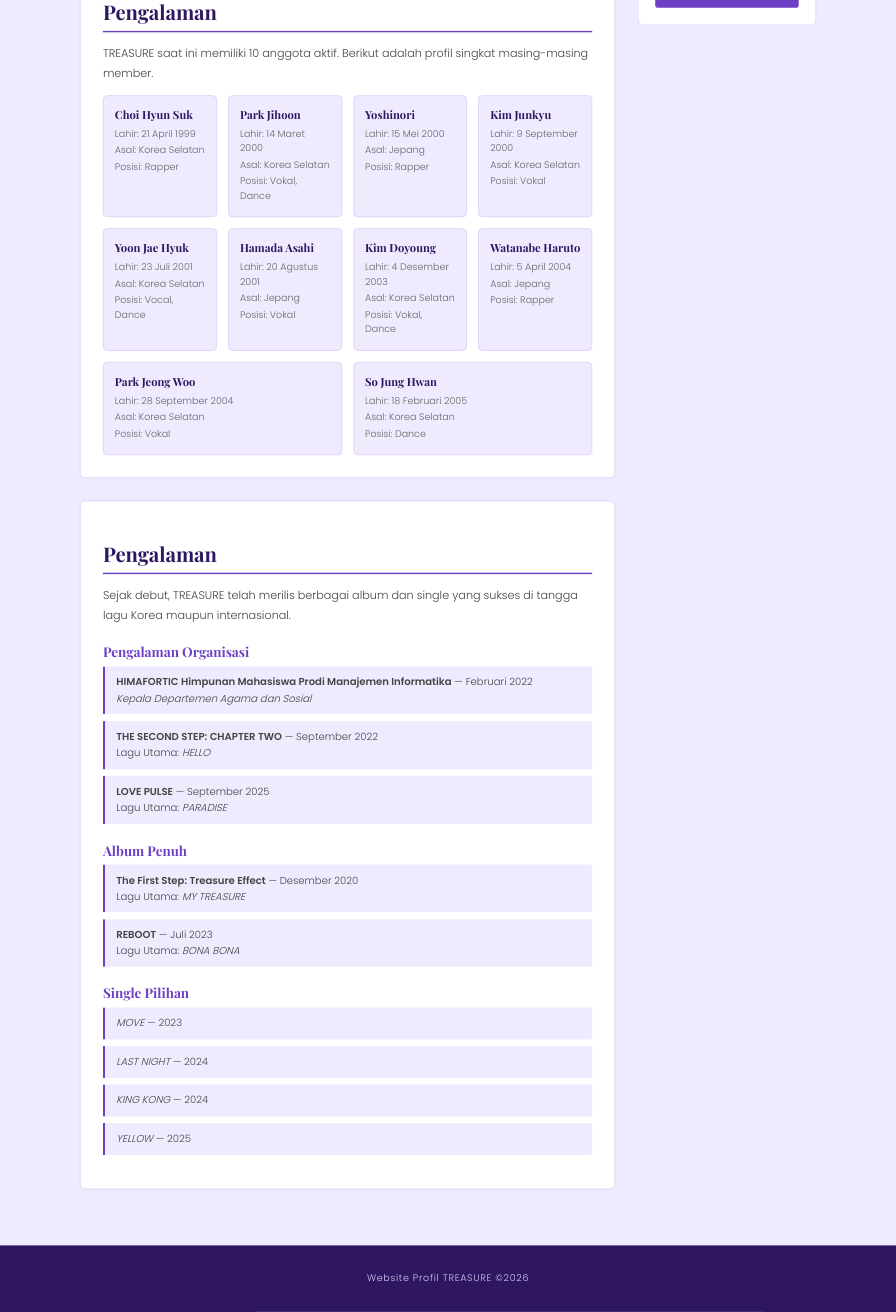
Repository: VergiMutiaRahmasyani/Website-Portofolio
Page: index.html
The author's editor kept a copy of each file at every save. The page is drawn from the files as they stood at one save, then again after the next save.
The browser window is 1280 px wide. The pictures show the part of the page from y = 1103 to 3023 px (the page is 2977 px tall before and 3023 px after), at 70% of full size.

Above is the page before, as saved 2026-03-07 00:08:39.

### index.html
<!DOCTYPE html>
<html>
    <head>
        <meta charset="utf-8" />
        <meta name="viewport" content="width=device-width, initial-scale=1.0" />
        <title>Portofolio Vergi</title>

        <!-- My Own CSS -->
        <link rel="stylesheet" href="css/style.css" />

        <!-- Google Fonts -->
        <link rel="preconnect" href="https://fonts.googleapis.com">
        <link rel="preconnect" href="https://fonts.gstatic.com" crossorigin>
        <link href="https://fonts.googleapis.com/css2?family=Playfair+Display:wght@400;700&family=Poppins:wght@300;400;600&display=swap" rel="stylesheet">
    </head>

    <body>

        <!-- HEADER -->
        <header class="site-header">

            <!-- NAVBAR -->
            <div class="navbar">
                <nav class="nav-list">
                    <ul>
                        <li><a href="#profil">Profil</a></li>
                        <li><a href="#pendidikan">Pendidikan</a></li>
                        <li><a href="#pengalaman">Pengalaman</a></li>
                        <li><a href="https://www.dicoding.com/users/vergiimr/academies" target="_blank"> Resume</a></li>
                    </ul>
                </nav>
            </div>

            <div class="hero">
                <div class="hero-overlay">
                    <h1>Welcome, <br> To My Portofolio!</h1>
                </div>
            </div>

        </header>

        <!-- MAIN -->
        <main>
            <div class="content-wrapper">
                <div id="content">
                    <article id="profil">
                        <h2>Profil Saya</h2>
                        <p>
                            Saya seorang mahasiswa semester 5 Program Studi Manajemen Informatika di Universitas yang memiliki rasa
                            ingin tahu dan semangat yang besar. Dengan memiliki peminatan pada UI/UX Design dan Web Development,
                            saya telah berpengalaman dalam menciptakan solusi digital yang user-friendly dan berdampak. Melalui
                            kombinasi hard skills dan soft skills yang saya miliki, saya siap untuk beradaptasi dan memberikan kontribusi
                            nyata pada setiap proyek yang dijalankan.
                        </p>

                        <table class="info-table">
                            <tr>
                                <th>Address: </th>
                                <td>Karangbong Rt 03/Rw 04 Gedangan, Sidoarjo, Jawa Timur</td>
                            </tr>
                            <tr>
                                <th>Phone:</th>
                                <td>(+62)857 0721 2588</td>
                            </tr>
                            <tr>
                                <th>Email: </th>
                                <td>inivergimutia@gmail.com</td>
                            </tr>

                        </table>
                    </article>

                    <article id="pendidikan">
                        <h2> Pengalaman </h2>
                        <p>
                            TREASURE saat ini memiliki 10 anggota aktif. Berikut adalah profil singkat masing-masing member.
                        </p>

                        <div class="member-list">
                            <div class="member-card">
                                <h3>Choi Hyun Suk</h3>
                                <p>Lahir: 21 April 1999</p>
                                <p>Asal: Korea Selatan</p>
                                <p>Posisi: Rapper</p>
                            </div>
                            <div class="member-card">
                                <h3>Park Jihoon</h3>
                                <p>Lahir: 14 Maret 2000</p>
                                <p>Asal: Korea Selatan</p>
                                <p>Posisi: Vokal, Dance</p>
                            </div>
                            <div class="member-card">
                                <h3>Yoshinori</h3>
                                <p>Lahir: 15 Mei 2000</p>
                                <p>Asal: Jepang</p>
                                <p>Posisi: Rapper</p>
                            </div>
                            <div class="member-card">
                                <h3>Kim Junkyu</h3>
                                <p>Lahir: 9 September 2000</p>
                                <p>Asal: Korea Selatan</p>
                                <p>Posisi: Vokal</p>
                            </div>
                            <div class="member-card">
                                <h3>Yoon Jae Hyuk</h3>
                                <p>Lahir: 23 Juli 2001</p>
                                <p>Asal: Korea Selatan</p>
                                <p>Posisi: Vocal, Dance</p>
                            </div>
                            <div class="member-card">
                                <h3>Hamada Asahi</h3>
                                <p>Lahir: 20 Agustus 2001</p>
                                <p>Asal: Jepang</p>
                                <p>Posisi: Vokal</p>
                            </div>
                            <div class="member-card">
                                <h3>Kim Doyoung</h3>
                                <p>Lahir: 4 Desember 2003</p>
                                <p>Asal: Korea Selatan</p>
                                <p>Posisi: Vokal, Dance</p>
                            </div>
                            <div class="member-card">
                                <h3>Watanabe Haruto</h3>
                                <p>Lahir: 5 April 2004</p>
                                <p>Asal: Jepang</p>
                                <p>Posisi: Rapper</p>
                            </div>
                            <div class="member-card">
                                <h3>Park Jeong Woo</h3>
                                <p>Lahir: 28 September 2004</p>
                                <p>Asal: Korea Selatan</p>
                                <p>Posisi: Vokal</p>
                            </div>
                            <div class="member-card">
                                <h3>So Jung Hwan</h3>
                                <p>Lahir: 18 Februari 2005</p>
                                <p>Asal: Korea Selatan</p>
                                <p>Posisi: Dance</p>
                            </div>
                        </div>
                    </article>

                    <article id="pengalaman">
                        <h2>Pengalaman</h2>
                        <p>
                            Sejak debut, TREASURE telah merilis berbagai album dan single yang sukses di tangga lagu Korea maupun internasional.
                        </p>

                        <h3> Pengalaman Organisasi</h3>
                        <ul class="pengalaman-list">
                            <li>
                                <strong>HIMAFORTIC Himpunan Mahasiswa Prodi Manajemen Informatika</strong> — Februari 2022
                                <br><em>Kepala Departemen Agama dan Sosial</em>
                                <br>
                            </li>
                            <li>
                                <strong>THE SECOND STEP: CHAPTER TWO</strong> — September 2022
                                <br>Lagu Utama: <em>HELLO</em>
                            </li>
                            <li>
                                <strong>LOVE PULSE</strong> — September 2025
                                <br>Lagu Utama: <em>PARADISE</em>
                            </li>
                        </ul>

                        <h3>Album Penuh</h3>
                        <ul class="pengalaman-list">
                            <li>
                                <strong>The First Step: Treasure Effect</strong> — Desember 2020
                                <br>Lagu Utama: <em>MY TREASURE</em>
                            </li>
                            <li>
                                <strong>REBOOT</strong> — Juli 2023
                                <br>Lagu Utama: <em>BONA BONA</em>
                            </li>
                        </ul>

                        <h3>Single Pilihan</h3>
                        <ul class="pengalaman-list">
                            <li><em>MOVE</em> — 2023</li>
                            <li><em>LAST NIGHT</em> — 2024</li>
                            <li><em>KING KONG</em> — 2024</li>
                            <li><em>YELLOW</em> — 2025</li>
                        </ul>
                    </article>

                </div>

                <!-- ASIDE -->
                <aside>
                    <div class="aside-inner">
                        <h3>Info Singkat</h3>
                        <img src="https://assets.promediateknologi.id/crop/102x655:921x1098/750x0/webp/photo/2023/07/03/F0HwG4daEAE8TSh-2407782942.jpg" alt="Logo TREASURE" class="aside-img" />
                        <ul class="aside-info">
                            <li><strong>Debut:</strong> 7 Agustus 2020</li>
                            <li><strong>Agensi:</strong> YG Entertainment</li>
                            <li><strong>Member:</strong> 10 orang</li>
                            <li><strong>Fandom:</strong> TREASURE MAKER</li>
                            <li><strong>Genre:</strong> K-Pop, Hip-Hop, R&B</li>
                        </ul>

                        <h3>Media Sosial</h3>
                        <ul class="aside-social">
                            <li><a href="https://www.instagram.com/yg_treasure_official/" target="_blank">Instagram</a></li>
                            <li><a href="https://www.youtube.com/@TREASURE" target="_blank">Youtube</a></li>
                            <li><a href="https://tiktok.com/@yg_treasure_tiktok" target="_blank">Tiktok</a></li>
                        </ul>
                    </div>
                </aside>
            </div>

        </main>

        <!-- FOOTER -->
        <footer>
            <p>Website Profil TREASURE &copy;2026 </p>
        </footer>

    </body>
</html>

### css/style.css
*,
*::before,
*::after {
    box-sizing: border-box;
}

/* =====================
   PALET WARNA UNGU
   --ungu-gelap   : #2e1760  (navbar, footer)
   --ungu-utama   : #6c3fc5  (aksen utama)
   --ungu-sedang  : #9b6ee0  (hover, border)
   --ungu-muda    : #d8c8f5  (border ringan)
   --ungu-pucat   : #f0eaff  (background halaman)
   ===================== */

body {
    font-family: 'Poppins', sans-serif;
    font-weight: 300;
    background-color: #f0eaff;
    color: #1a1a1a;
    margin: 0;
}


/* =====================
   HEADER
   ===================== */

header.site-header {
    background-color: #2e1760;
    color: white;
}

/* NAVBAR */
header.site-header .navbar {
    padding: 1rem 2rem;
    position: fixed;
    top: 0;
    left: 0;
    right: 0;
    width: 100%;
    z-index: 999;
    background-color: #2e1760;
}

header.site-header .nav-list ul {
    list-style: none;
    padding: 0;
    margin: 0;

    display: flex;
    justify-content: center;
    gap: 2rem;
}

header.site-header .nav-list li a {
    text-decoration: none;
    color: #d8c8f5;
    font-size: 0.9rem;
    font-weight: 400;
    letter-spacing: 1px;
    transition: color 0.2s ease;
}

header.site-header .nav-list li a:hover {
    color: white;
}

/* HERO */
header.site-header .hero {
    position: relative;
    width: 100%;
    height: 420px;
    overflow: hidden;
    margin-top: 57px;
}

header.site-header .hero .hero-img {
    width: 100%;
    height: 100%;
    object-fit: cover;
    object-position: top;
    opacity: 0.4;
    display: block;
}

header.site-header .hero .hero-overlay {
    position: absolute;
    inset: 0;

    display: flex;
    align-items: center;
    justify-content: center;
}

header.site-header .hero .hero-overlay h1 {
    font-family: 'Playfair Display', serif;
    font-size: 5rem;
    letter-spacing: 10px;
    color: white;
    margin: 0;
    text-align: center;
}


/* =====================
   MAIN & LAYOUT
   ===================== */

main {
    max-width: 1100px;
    margin-inline: auto;
    padding: 2rem 1.5rem;
}

.content-wrapper {
    display: flex;
    gap: 2rem;
    align-items: flex-start;
}

#content {
    flex: 3;

    display: flex;
    flex-direction: column;
    gap: 2rem;
}


/* =====================
   ARTICLE
   ===================== */

article {
    background-color: white;
    border: 1px solid #d8c8f5;
    border-radius: 8px;
    padding: 2rem;
}

article h2 {
    font-family: 'Playfair Display', serif;
    font-size: 1.8rem;
    margin-bottom: 1rem;
    padding-bottom: 0.5rem;
    border-bottom: 2px solid #6c3fc5;
    color: #2e1760;
}

article h3 {
    font-family: 'Playfair Display', serif;
    font-size: 1.2rem;
    margin-top: 1.5rem;
    margin-bottom: 0.5rem;
    color: #6c3fc5;
}

article p {
    line-height: 1.8;
    margin-bottom: 1rem;
    color: #444;
}


/* =====================
   TABEL INFO
   ===================== */

.info-table {
    width: 100%;
    border-collapse: collapse;
    margin-top: 1.5rem;
}

.info-table th,
.info-table td {
    padding: 0.6rem 1rem;
    text-align: left;
    border-bottom: 1px solid #d8c8f5;
    font-size: 0.95rem;
}

.info-table th {
    width: 35%;
    font-weight: 600;
    color: #2e1760;
    background-color: #f0eaff;
}

.info-table td {
    color: #444;
}


/* =====================
   MEMBER CARDS
   ===================== */

.member-list {
    display: flex;
    flex-wrap: wrap;
    gap: 1rem;
    margin-top: 1rem;
}

.member-card {
    flex: 1 1 160px;
    background-color: #f0eaff;
    border: 1px solid #d8c8f5;
    border-radius: 6px;
    padding: 1rem;
}

.member-card h3 {
    font-size: 1rem;
    margin-top: 0;
    margin-bottom: 0.5rem;
    color: #2e1760;
}

.member-card p {
    font-size: 0.85rem;
    color: #666;
    margin: 0.2rem 0;
    line-height: 1.5;
}


/* =====================
   ALBUM LIST
   ===================== */

.pengalaman-list {
    list-style: none;
    padding: 0;
    margin: 0.5rem 0 1rem 0;

    display: flex;
    flex-direction: column;
    gap: 0.6rem;
}

.pengalaman-list li {
    padding: 0.7rem 1rem;
    background-color: #f0eaff;
    border-left: 3px solid #6c3fc5;
    border-radius: 0 4px 4px 0;
    font-size: 0.9rem;
    color: #444;
    line-height: 1.6;
}


/* =====================
   ASIDE
   ===================== */

aside {
    flex: 1;
    position: sticky;
    top: 80px;
}

aside .aside-inner {
    background-color: white;
    border: 1px solid #d8c8f5;
    border-radius: 8px;
    padding: 1.5rem;
}

aside h3 {
    font-family: 'Playfair Display', serif;
    font-size: 1.1rem;
    margin-top: 1.2rem;
    margin-bottom: 0.8rem;
    padding-bottom: 0.4rem;
    border-bottom: 1px solid #d8c8f5;
    color: #2e1760;
}

aside h3:first-child {
    margin-top: 0;
}

.aside-img {
    width: 100%;
    max-width: 250px;
    height: 200px;
    object-fit: cover;
    object-position: top;
    display: block;
    margin: 0.5rem auto 1rem auto;
    border-radius: 6px;
}

.aside-info {
    list-style: none;
    padding: 0;
    margin: 0;

    display: flex;
    flex-direction: column;
    gap: 0.4rem;
}

.aside-info li {
    font-size: 0.85rem;
    color: #444;
    line-height: 1.6;
}

.aside-social {
    list-style: none;
    padding: 0;
    margin: 0;

    display: flex;
    flex-direction: column;
    gap: 0.5rem;
}

.aside-social li a {
    display: block;
    text-align: center;
    padding: 0.5rem;
    background-color: #6c3fc5;
    color: white;
    text-decoration: none;
    border-radius: 4px;
    font-size: 0.85rem;
    letter-spacing: 1px;
    transition: background-color 0.2s ease;
}

.aside-social li a:hover {
    background-color: #9b6ee0;
}


/* =====================
   FOOTER
   ===================== */

footer {
    background-color: #2e1760;
    color: #d8c8f5;
    text-align: center;
    padding: 1.5rem;
    margin-top: 3rem;
    font-size: 0.85rem;
    letter-spacing: 1px;
}


/* =====================
   RESPONSIVE
   ===================== */

@media screen and (max-width: 768px) {
    header.site-header .nav-list ul {
        flex-wrap: wrap;
        justify-content: center;
        gap: 0.8rem;
    }

    .content-wrapper {
        flex-direction: column;
    }

    aside {
        position: static;
        width: 100%;
    }

    .member-card {
        flex: 1 1 130px;
    }
}

After the next save:
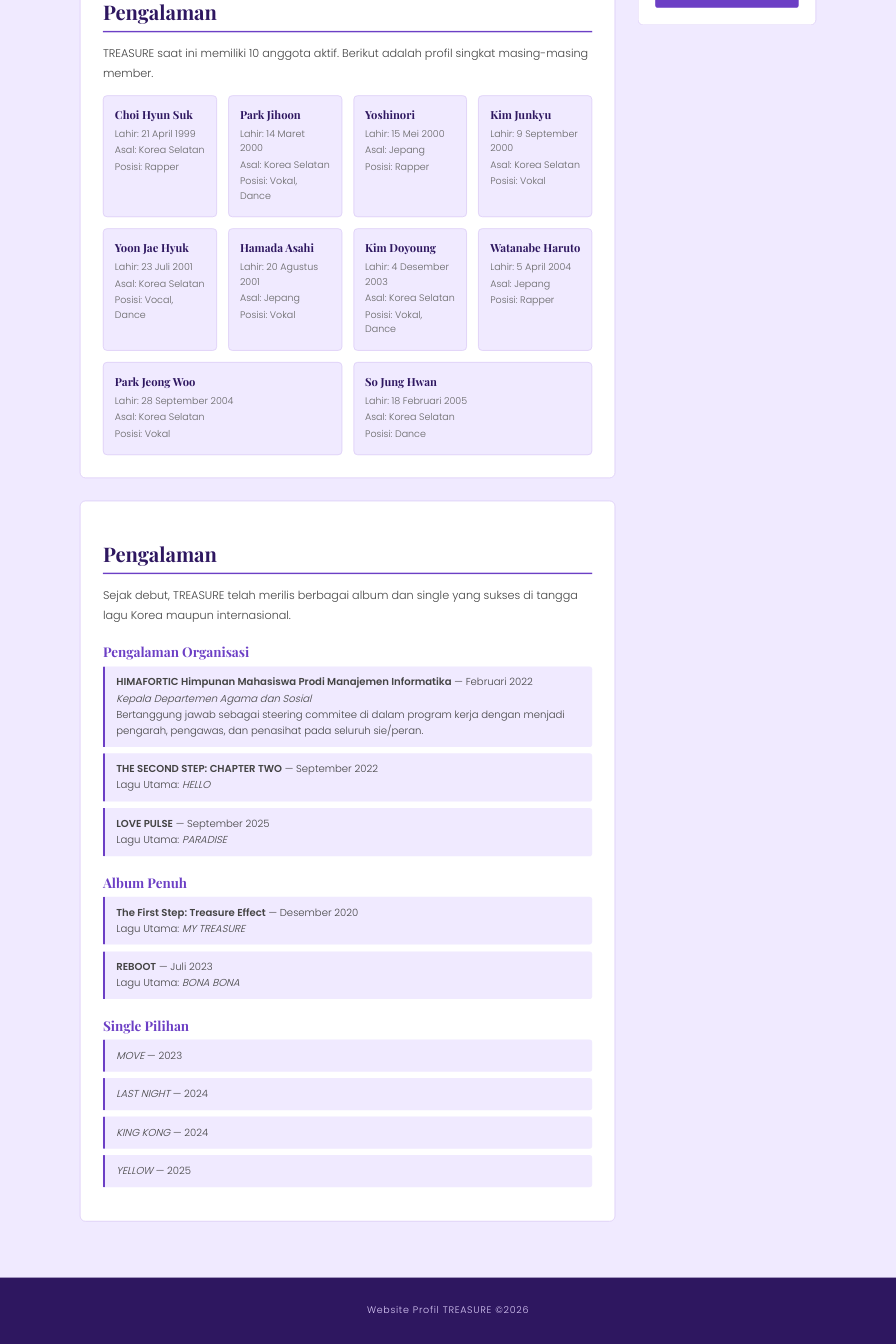
Saved 13 s later.
--- a/index.html
+++ b/index.html
@@ -151,7 +151,8 @@
                             <li>
                                 <strong>HIMAFORTIC Himpunan Mahasiswa Prodi Manajemen Informatika</strong> — Februari 2022
                                 <br><em>Kepala Departemen Agama dan Sosial</em>
-                                <br>
+                                <br>Bertanggung jawab sebagai steering commitee di dalam program kerja dengan menjadi pengarah,
+                                pengawas, dan penasihat  pada seluruh sie/peran.
                             </li>
                             <li>
                                 <strong>THE SECOND STEP: CHAPTER TWO</strong> — September 2022
